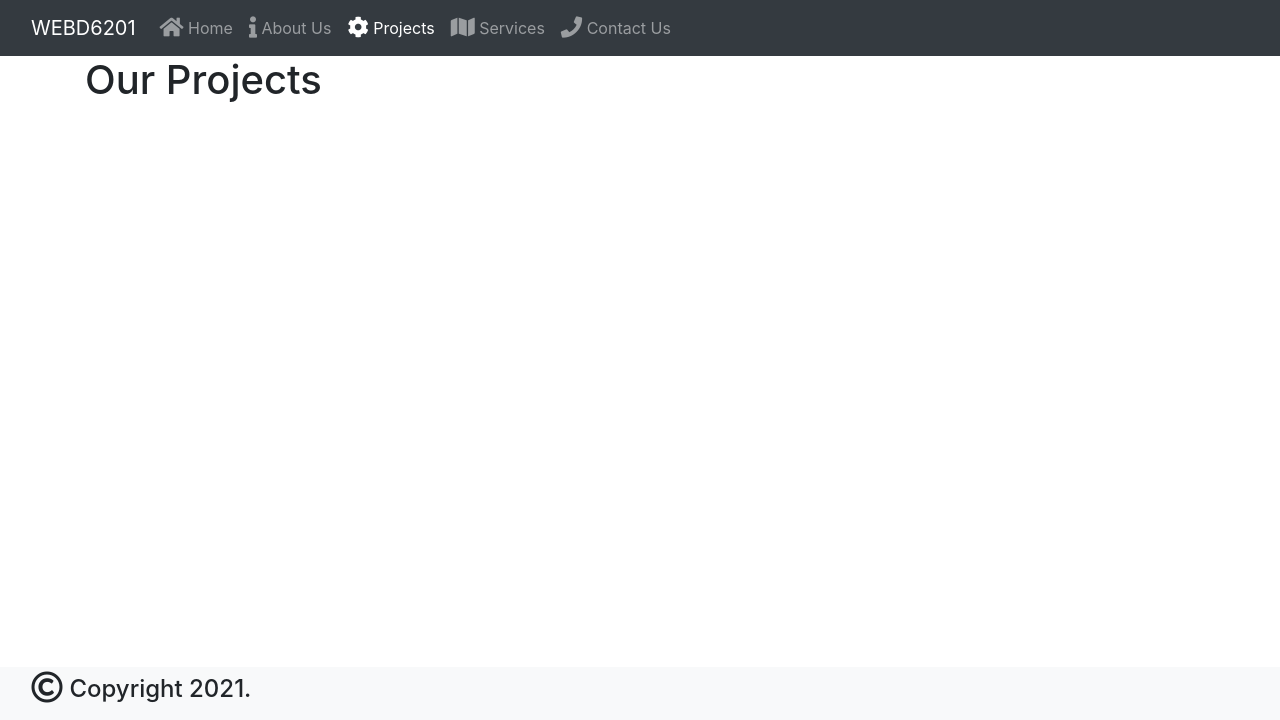
Repository: arbin6ix/ICE-2
Page: projects.html
These files come from the project's save history. The page is drawn as it stood at one moment and after the next save; the edit follows.
The browser window is 1280 px wide. The pictures show the whole page.

Above is the page before, as saved 2021-02-05 22:07:25.

### projects.html
<!DOCTYPE html>
<html lang="en">
<head>
    <meta charset="UTF-8">
    <meta name="viewport" content="width=device-width, initial-scale=1.0">
    <title>Projects</title>
    <!-- CSS Section -->
    <link rel="stylesheet" href="./node_modules/bootstrap/dist/css/bootstrap.min.css">
    <link rel="stylesheet" href="./node_modules/@fortawesome/fontawesome-free/css/all.min.css">
    <link rel="stylesheet" href="./Content/app.css">
</head>
<body>
    <!-- Main Header -->
    <header>
        <!-- Main Navigation -->
        <nav class="navbar navbar-expand-lg navbar-dark bg-dark">
            <div class="container-fluid">
              <a class="navbar-brand" href="index.html">WEBD6201</a>
              <button class="navbar-toggler" type="button" data-bs-toggle="collapse" data-bs-target="#navbarSupportedContent" aria-controls="navbarSupportedContent" aria-expanded="false" aria-label="Toggle navigation">
                <span class="navbar-toggler-icon"></span>
              </button>
              <div class="collapse navbar-collapse" id="navbarSupportedContent">
                <ul class="navbar-nav me-auto mb-2 mb-lg-0">
                  <li class="nav-item">
                    <a class="nav-link" aria-current="page" href="index.html"><i class="fas fa-home fa-lg"></i> Home</a>
                  </li>

                  <li class="nav-item">
                    <a class="nav-link" aria-current="page" href="about.html"><i class="fas fa-info fa-lg"></i> About Us</a>
                  </li>

                  <li class="nav-item">
                    <a class="nav-link active" aria-current="page" href="projects.html"><i class="fas fa-cog fa-lg"></i> Projects</a>
                  </li>

                  <li class="nav-item">
                    <a class="nav-link" aria-current="page" href="services.html"><i class="fas fa-map fa-lg"></i> Services</a>
                  </li>

                  <li class="nav-item">
                    <a class="nav-link" aria-current="page" href="contact.html"><i class="fas fa-phone fa-lg"></i> Contact Us</a>
                  </li>
                </ul>
              </div>
            </div>
          </nav>
    </header>

    <!-- Main Content -->
    <main class="container">
        <h1>Our Projects</h1>
    </main>

    <!-- Main Footer -->
    <footer>
        <nav class="navbar fixed-bottom navbar-light bg-light">
            <div class="container-fluid">
              <h4><i class="far fa-copyright fa-lg"></i> Copyright 2021.</h4>
            </div>
          </nav>
    </footer>

    <!-- Script Section-->
    <script src="./node_modules/jquery/dist/jquery.min.js"></script>
    <script src="./node_modules/bootstrap/dist/js/bootstrap.bundle.min.js"></script>
    <script src="./Scripts/app.js"></script>
</body>
</html>

### Scripts/app.js
/* custom JavaScript goes here */

//IIFE - Immediately Invoked Function Expression
//AKA - Anonymous Self-Executing Function
//Closure - limits scope leak

"use strict";
//Contact Class


(function()
{
    function displayHome()
    {
        let paragraphOneText =
          "This is a simple site to demonstrate DOM Manipulation for ICE 2";

        let paragraphOneElement = document.getElementById("paragraphOne");

        paragraphOneElement.textContent = paragraphOneText;
        paragraphOneElement.className = "fs-5";

        // Step 1. document.createElement
        let newParagraph = document.createElement("p");
        // Step 2. configure the element
        newParagraph.setAttribute("id", "paragraphTwo");
        newParagraph.textContent = "...And this is paragraph two";
        // Step 3. select the parent element
        let mainContent = document.getElementsByTagName("main")[0];
        // Step 4. Add / Insert the element
        mainContent.appendChild(newParagraph);

        newParagraph.className = "fs-6";

        // another way of injecting content
        let paragraphDiv = document.createElement("div");
        let paragraphThree = `<p id="paragraphThree" class="fs-7 fw-bold">And this is the Third Paragraph</p>`;
        paragraphDiv.innerHTML = paragraphThree;

        // insertions

        // example of inserting before a node
        //newParagraph.before(paragraphDiv);

        // example of inserting after a node
        newParagraph.after(paragraphDiv);

        // deletions

        // example of removing a single element
        //paragraphOneElement.remove();

        // example of removeChild
        mainContent.removeChild(paragraphOneElement);

        // update / modification
        //mainContent.firstElementChild.textContent = "Welcome Home!";

        mainContent.innerHTML = `<h1 id="firstHeading">Welcome to WEBD6201 - Lab 1</h1>
         <p id="paragraphOne" class="fs-3 fw-bold">This is my first Paragraph</p>
        `;

    }

    function displayAbout()
    {

    }

    function displayProjects()
    {

    }

    function displayServices()
    {

    }

    function displayContact()
    {
        let messageArea = document.getElementById("messageArea");
        messageArea.hidden = true;

        // form validation
        let fullName = document.getElementById("fullName");
        fullName.addEventListener("blur", function() {
            if(fullName.value.length < 2)
            {
                fullName.focus();
                fullName.select();
                messageArea.hidden = false;
                messageArea.className = "alert alert-danger";
                messageArea.textContent = "Please enter an appropriate Name";
            }
            else
            {
                messageArea.removeAttribute("class");
                messageArea.hidden = true;
            }
        });

        let sendButton = document.getElementById("sendButton");
        sendButton.addEventListener("click", function(event){
            //event.preventDefault();


            let contact = new Contact(fullName.value, contactNumber.value, emailAddress.value);
              localStorage.setItem((localStorage.length + 1).toString(), contact.serialize());







        });
    }

    function displayContactList()
    {
      if (localStorage.length > 0)
      {
        let contactList = document.getElementById("contactList");

        let data = "";

        for (let index = 0; index < localStorage.length; index++)
        {
          let contactData = localStorage.getItem((index + 1).toString());

          let contact = new Contact();
          contact.deserialize(contactData);

          data += `<tr>
          <th scope="row">${index + 1}</th>
          <td>${contact.FullName}</td>
          <td>${contact.ContactNumber}</td>
          <td>${contact.EmailAddress}</td>
        </tr>`;
        }

        contactList.innerHTML = data;
      }
    }



    function Start()
    {
        console.log("App Started...");

        switch (document.title)
        {
          case "Home":
              displayHome();
            break;
          case "About":
              displayAbout();
            break;
          case "Projects":
              displayProjects();
            break;
          case "Services":
              displayServices();
            break;
          case "Contact":
              displayContact();
            break;
          case "Contact-List":
            displayContactList();
          break;
        }

    }

    window.addEventListener("load", Start);

})();

Loaded but not shown: node_modules/bootstrap/dist/css/bootstrap.min.css (library); node_modules/@fortawesome/fontawesome-free/css/all.min.css (library); Content/app.css (common file); node_modules/jquery/dist/jquery.min.js (library); node_modules/bootstrap/dist/js/bootstrap.bundle.min.js (library)

After the next save:
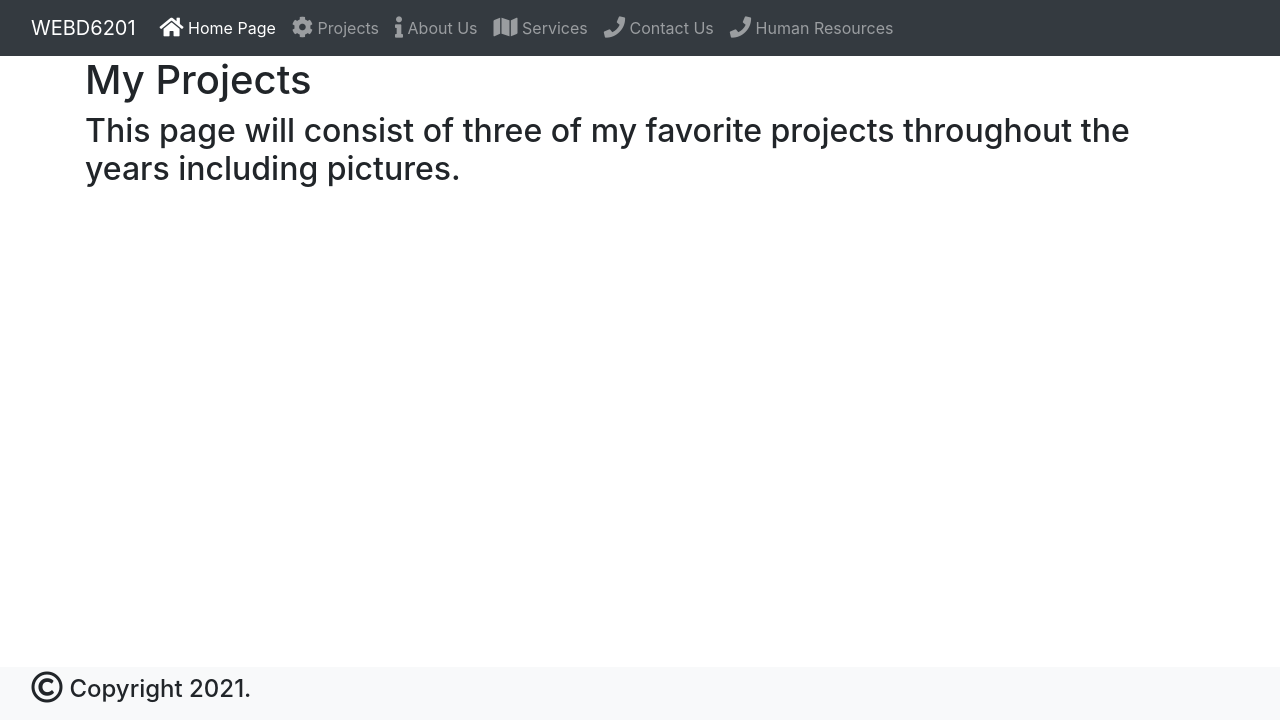
Saved 34 s later.
--- a/projects.html
+++ b/projects.html
@@ -14,41 +14,46 @@
     <header>
         <!-- Main Navigation -->
         <nav class="navbar navbar-expand-lg navbar-dark bg-dark">
-            <div class="container-fluid">
-              <a class="navbar-brand" href="index.html">WEBD6201</a>
-              <button class="navbar-toggler" type="button" data-bs-toggle="collapse" data-bs-target="#navbarSupportedContent" aria-controls="navbarSupportedContent" aria-expanded="false" aria-label="Toggle navigation">
-                <span class="navbar-toggler-icon"></span>
-              </button>
-              <div class="collapse navbar-collapse" id="navbarSupportedContent">
-                <ul class="navbar-nav me-auto mb-2 mb-lg-0">
-                  <li class="nav-item">
-                    <a class="nav-link" aria-current="page" href="index.html"><i class="fas fa-home fa-lg"></i> Home</a>
-                  </li>
+          <div class="container-fluid">
+            <a class="navbar-brand" href="index.html">WEBD6201</a>
+            <button class="navbar-toggler" type="button" data-bs-toggle="collapse" data-bs-target="#navbarSupportedContent" aria-controls="navbarSupportedContent" aria-expanded="false" aria-label="Toggle navigation">
+              <span class="navbar-toggler-icon"></span>
+            </button>
+            <div class="collapse navbar-collapse" id="navbarSupportedContent";>
+              <ul class="navbar-nav me-auto mb-2 mb-lg-0">
+                <li class="nav-item">
+                  <a class="nav-link active" aria-current="page" href="index.html"><i class="fas fa-home fa-lg"></i> Home Page</a>
+                </li>
 
-                  <li class="nav-item">
-                    <a class="nav-link" aria-current="page" href="about.html"><i class="fas fa-info fa-lg"></i> About Us</a>
-                  </li>
+                <li class="nav-item">
+                  <a class="nav-link" aria-current="page" href="projects.html"><i class="fas fa-cog fa-lg"></i> Projects</a>
+                </li>
 
-                  <li class="nav-item">
-                    <a class="nav-link active" aria-current="page" href="projects.html"><i class="fas fa-cog fa-lg"></i> Projects</a>
-                  </li>
+                <li class="nav-item">
+                  <a class="nav-link" aria-current="page" href="about.html"><i class="fas fa-info fa-lg"></i> About Us</a>
+                </li>
 
-                  <li class="nav-item">
-                    <a class="nav-link" aria-current="page" href="services.html"><i class="fas fa-map fa-lg"></i> Services</a>
-                  </li>
+                <li class="nav-item">
+                  <a class="nav-link" aria-current="page" href="services.html"><i class="fas fa-map fa-lg"></i> Services</a>
+                </li>
 
-                  <li class="nav-item">
-                    <a class="nav-link" aria-current="page" href="contact.html"><i class="fas fa-phone fa-lg"></i> Contact Us</a>
-                  </li>
-                </ul>
-              </div>
+                <li class="nav-item">
+                  <a class="nav-link" aria-current="page" href="contact.html"><i class="fas fa-phone fa-lg"></i> Contact Us</a>
+                </li>
+
+                <li class="nav-item">
+                  <a class="nav-link" aria-current="page" href="human-resources.html"><i class="fas fa-phone fa-lg"></i> Human Resources</a>
+                </li>
+              </ul>
             </div>
-          </nav>
-    </header>
+          </div>
+        </nav>
+  </header>
 
     <!-- Main Content -->
     <main class="container">
-        <h1>Our Projects</h1>
+        <h1>My Projects</h1>
+        <h2>This page will consist of three of my favorite projects throughout the years including pictures.</h2>
     </main>
 
     <!-- Main Footer -->
